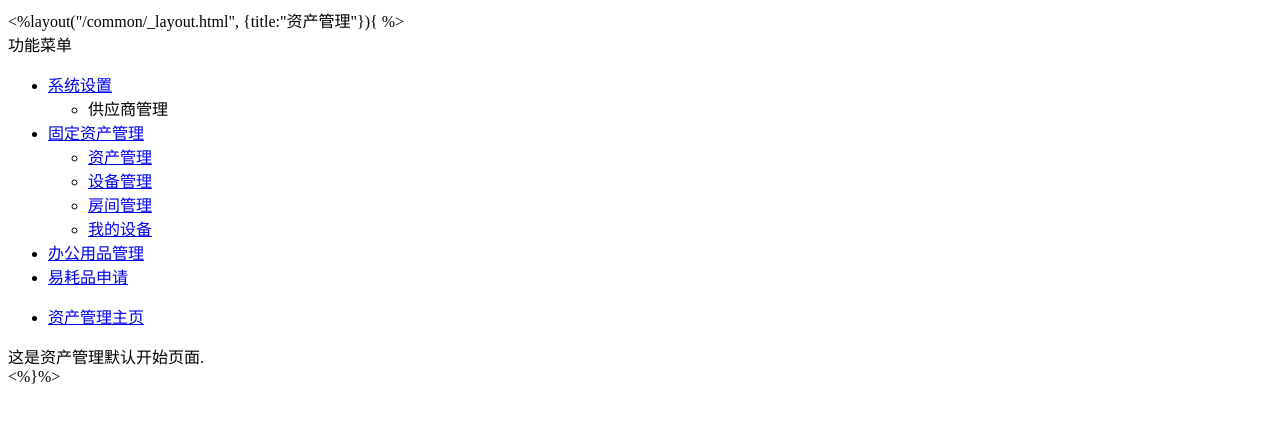
Repository: GaoChengliang/summerTask
Page: Campus_gcl/WebRoot/asset_management/asset.html
The author's editor kept a copy of each file at every save. The page is drawn from the files as they stood at one save, then again after the next save.
The browser window is 1280 px wide. The pictures show the whole page.

Above is the page before, as saved 2015-09-08 12:55:50.
Console error: ReferenceError: jQuery is not defined

### Campus_gcl/WebRoot/asset_management/asset.html
<%layout("/common/_layout.html", {title:"资产管理"}){ %>
<div class="container-fluid">
	<div class="row">
		<div class="col-md-2 sidebar-2">
			<div class="sub-header">
				<div class="nav nac-sidebar font-style-background-blue">功能菜单</div>
			</div>

			<div class="mtree-demo">
				<ul class="mtree bubba">
					<li class="mtree-node"><a href="#">系统设置</a>
						<ul class="mtree-level-1">
							<li><a name="supplier_manage">供应商管理</a></li>
						</ul></li>

					<li class="mtree-node"><a href="#">固定资产管理</a>
						<ul class="mtree-level-1">
							<li><a href="#">资产管理</a></li>
							<li><a href="#">设备管理</a></li>
							<li><a href="#">房间管理</a></li>
							<li><a href="#">我的设备</a></li>
						</ul></li>
					<li><a href="#">办公用品管理</a></li>
					<li><a href="#">易耗品申请</a></li>
				</ul>
			</div>


		</div>
		<div class="col-md-10 col-md-offset-2">
			<div class="main">
				<div id="content">
					<div id="tabs">
						<ul>
							<li><a href="#home">资产管理主页</a></li>
						</ul>
						<div id="home">这是资产管理默认开始页面.</div>
					</div>
				</div>
			</div>
		</div>
	</div>
</div>
<script src="/js/sider/sider.js"></script>
<script src="/js/tabs/tab.js"></script>
<%}%>

### Campus_gcl/WebRoot/js/sider/sider.js
(function ($, window, document, undefined) {
	    if ($('ul.mtree').length) {
	        var collapsed = true;
	        var close_same_level = false;
	        var duration = 400;
	        var listAnim = true;
	        var easing = 'easeOutQuart';
	        $('.mtree ul').css({
	            'overflow': 'hidden',
	            'height': collapsed ? 0 : 'auto',
	            'display': collapsed ? 'none' : 'block'
	        });
	        var node = $('.mtree li:has(ul)');
	        node.each(function (index, val) {
	            $(this).children(':first-child').css('cursor', 'pointer');
	            $(this).addClass('mtree-node mtree-' + (collapsed ? 'closed' : 'open'));
	            $(this).children('ul').addClass('mtree-level-' + ($(this).parentsUntil($('ul.mtree'), 'ul').length + 1));
	        });
	        $('.mtree li > *:first-child').on('click.mtree-active', function (e) {
	            if ($(this).parent().hasClass('mtree-closed')) {
	                $('.mtree-active').not($(this).parent()).removeClass('mtree-active');
	                $(this).parent().addClass('mtree-active');
	            } else if ($(this).parent().hasClass('mtree-open')) {
	                $(this).parent().removeClass('mtree-active');
	            } else {
	                $('.mtree-active').not($(this).parent()).removeClass('mtree-active');
	                $(this).parent().toggleClass('mtree-active');
	            }
	        });
	        node.children(':first-child').on('click.mtree', function (e) {
	            var el = $(this).parent().children('ul').first();
	            var isOpen = $(this).parent().hasClass('mtree-open');
	            if ((close_same_level || $('.csl').hasClass('active')) && !isOpen) {
	                var close_items = $(this).closest('ul').children('.mtree-open').not($(this).parent()).children('ul');
	                if ($.Velocity) {
	                    close_items.velocity({ height: 0 }, {
	                        duration: duration,
	                        easing: easing,
	                        display: 'none',
	                        delay: 100,
	                        complete: function () {
	                            setNodeClass($(this).parent(), true);
	                        }
	                    });
	                } else {
	                    close_items.delay(100).slideToggle(duration, function () {
	                        setNodeClass($(this).parent(), true);
	                    });
	                }
	            }
	            el.css({ 'height': 'auto' });
	            if (!isOpen && $.Velocity && listAnim)
	                el.find(' > li, li.mtree-open > ul > li').css({ 'opacity': 0 }).velocity('stop').velocity('list');
	            if ($.Velocity) {
	                el.velocity('stop').velocity({
	                    height: isOpen ? [
	                        0,
	                        el.outerHeight()
	                    ] : [
	                        el.outerHeight(),
	                        0
	                    ]
	                }, {
	                    queue: false,
	                    duration: duration,
	                    easing: easing,
	                    display: isOpen ? 'none' : 'block',
	                    begin: setNodeClass($(this).parent(), isOpen),
	                    complete: function () {
	                        if (!isOpen)
	                            $(this).css('height', 'auto');
	                    }
	                });
	            } else {
	                setNodeClass($(this).parent(), isOpen);
	                el.slideToggle(duration);
	            }
	            e.preventDefault();
	        });
	        function setNodeClass(el, isOpen) {
	            if (isOpen) {
	                el.removeClass('mtree-open').addClass('mtree-closed');
	            } else {
	                el.removeClass('mtree-closed').addClass('mtree-open');
	            }
	        }
	        if ($.Velocity && listAnim) {
	            $.Velocity.Sequences.list = function (element, options, index, size) {
	                $.Velocity.animate(element, {
	                    opacity: [
	                        1,
	                        0
	                    ],
	                    translateY: [
	                        0,
	                        -(index + 1)
	                    ]
	                }, {
	                    delay: index * (duration / size / 2),
	                    duration: duration,
	                    easing: easing
	                });
	            };
	        }
	        if ($('.mtree').css('opacity') == 0) {
	            if ($.Velocity) {
	                $('.mtree').css('opacity', 1).children().css('opacity', 0).velocity('list');
	            } else {
	                $('.mtree').show(200);
	            }
	        }
	    }
	}(jQuery, this, this.document));

### Campus_gcl/WebRoot/js/tabs/tab.js
$(function(){
	var tabs = $("#tabs").iframeTabs({'wrapperClass':'tab-wrapper', 'height':700});
	  $("a[name='supplier_manage_link']").click(function(event){
		  event.preventDefault();
		  var title = $(this).text();
		  tabs.addTab('supplier-manage', title, 'supplier');
      });

		$("a[name='supplier_manage_link']").hover(function(event) {
			$(this).find('img').attr("src", "/img/logo/supplier_manage_chosen.png");
		}, function(event) {
			$(this).find('img').attr("src", "/img/logo/supplier_manage.png");
		});


});

After the next save:
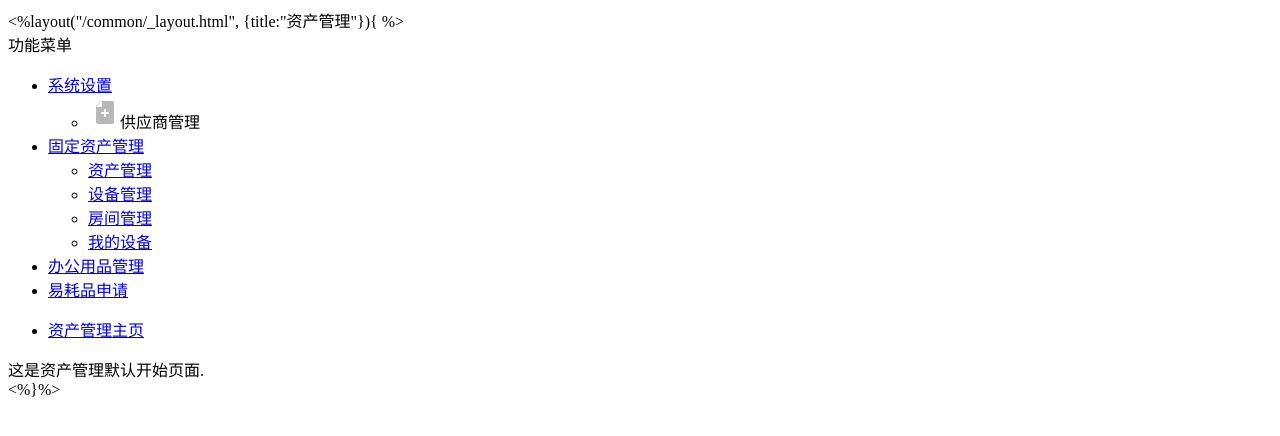
Saved 6 min 42 s later.
--- a/Campus_gcl/WebRoot/asset_management/asset.html
+++ b/Campus_gcl/WebRoot/asset_management/asset.html
@@ -10,7 +10,7 @@
 				<ul class="mtree bubba">
 					<li class="mtree-node"><a href="#">系统设置</a>
 						<ul class="mtree-level-1">
-							<li><a name="supplier_manage">供应商管理</a></li>
+							<li><a name="supplier_manage"><img src="/img/logo/new.png" alt="新增" />供应商管理</a></li>
 						</ul></li>
 
 					<li class="mtree-node"><a href="#">固定资产管理</a>
